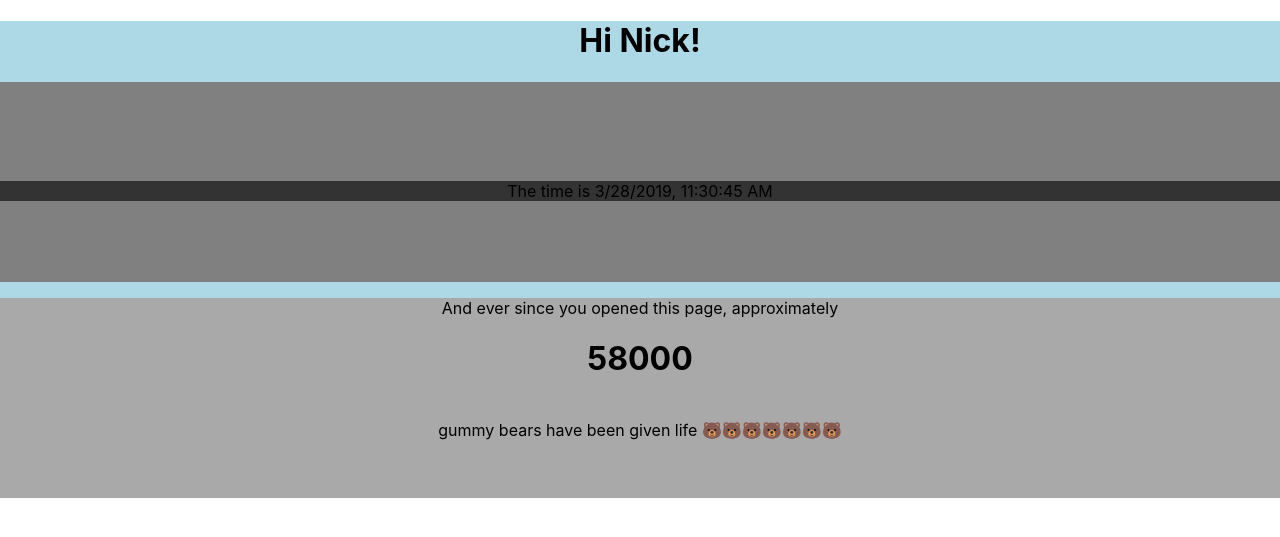
Repository: crispinonicky/gummy-facts
Page: /
The author's editor kept a copy of each file at every save. The page is drawn from the files as they stood at one save, then again after the next save.
The browser window is 1280 px wide. The pictures show the whole page.
The project was rebuilt for these pictures with package versions that can differ from the ones it lists, and the page was loaded fresh each time.

Above is the page before, as saved 2019-03-28 14:31:58.

### src/App.js
import React, { Component } from 'react';
import './App.css';
import Clock from './components/Clock';
import GummyCount from './components/GummyCount';


class App extends Component {
  constructor(props){
    super(props)

    this.state = {
      name: "Nick"
    }

  }



  render() {
    return (
      <div className="App">


      <h1>
        Hi {this.state.name}!
      </h1>

        <Clock />
        <GummyCount />


      </div>
    );
  }
}

export default App;

### src/App.css
.App {
  text-align: center;
  margin: 0 auto;
  background: lightblue;
}

.Clock {
  height: 200px;
  background: gray;
}

.Clock p {
  position: relative;
  top: 99px;
  background: rgba(0, 0, 0, 0.6);
}

.Count {
  height: 200px;
  background: darkgrey;
}

### src/components/Clock.js
import React, { Component } from "react";
import "../App.css";

let time = new Date().toLocaleString();

class Clock extends React.Component {
  constructor(props) {

    super(props)
    this.state = {
      time: new Date().toLocaleString(),
    };
  }

  componentDidMount() {
    this.intervalID = setInterval(
      () => this.tick(),
      1000
    )
  }

  componentWillUnmount() {
    clearInterval(this.intervalID);
  }

  tick() {
    this.setState({
      time: new Date().toLocaleString()
    });
  }

  render() {
    return (
      <div className = "Clock">
      <p>
        The time is {this.state.time}
      </p>
      </div>
    );
  }
}

console.log(typeof time)


export default Clock;

### src/components/GummyCount.js
const React = require('react')

class GummyCount extends React.Component {
  constructor(props) {
    super(props);
    this.state = {
      seconds: 0,
    };
  }

  tick() {
    this.setState(state => ({
      seconds: state.seconds + 1
    }));
  }

  componentDidMount() {
    this.interval = setInterval(() => this.tick(), 10);
  }

  componentWillUnmount() {
    clearInterval(this.interval);
  }

  render() {

    return (

      <div className = "Count">
        <p>
        And ever since you opened this page, approximately
        <br/>
        <h1>{this.state.seconds * 116}</h1>
        <br/>
        gummy bears have been given life 🐻🐻🐻🐻🐻🐻🐻
        </p>
      </div>
    );
  }
}

export default GummyCount;

Loaded but not shown: public/index.html (common file); src/index.js (common file); src/index.css (common file); src/serviceWorker.js (common file)

After the next save:
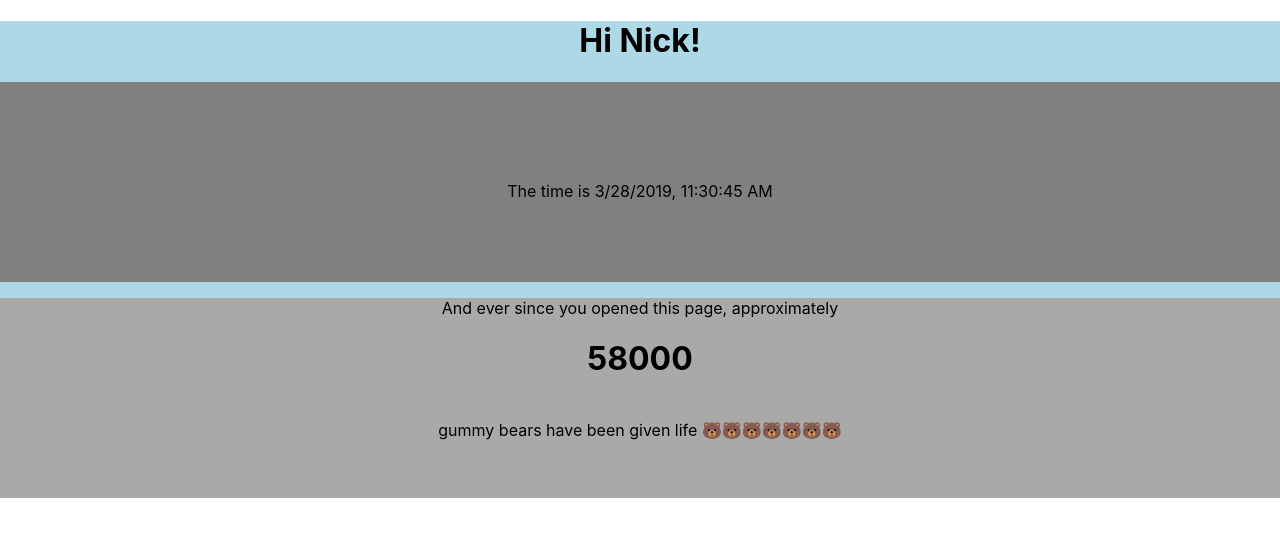
Saved 17 s later.
--- a/src/App.css
+++ b/src/App.css
@@ -12,7 +12,6 @@
 .Clock p {
   position: relative;
   top: 99px;
-  background: rgba(0, 0, 0, 0.6);
 }
 
 .Count {
